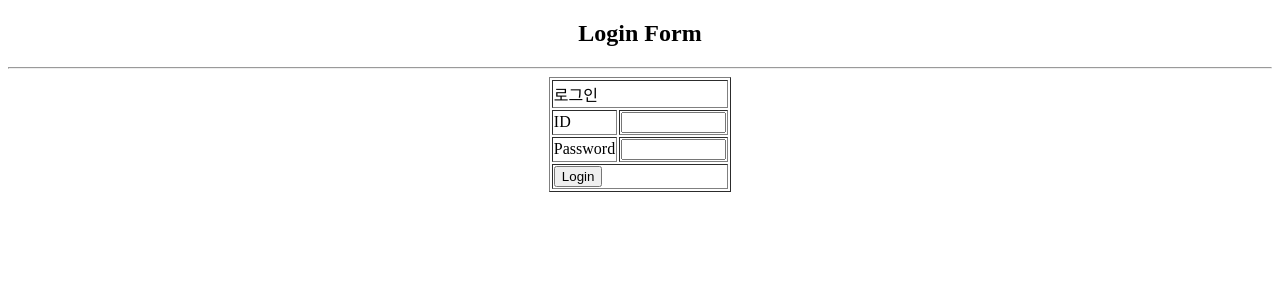
Repository: HyeonbinSa/JSPBook
Page: jspbook/WebContent/ch07/main.html
An editor plug-in stored every save of this project. The page is shown before and after the next save, followed by the edit.
The browser window is 1280 px wide. The pictures show the whole page.

Above is the page before, as saved 2020-01-03 08:04:40.

After the next save:
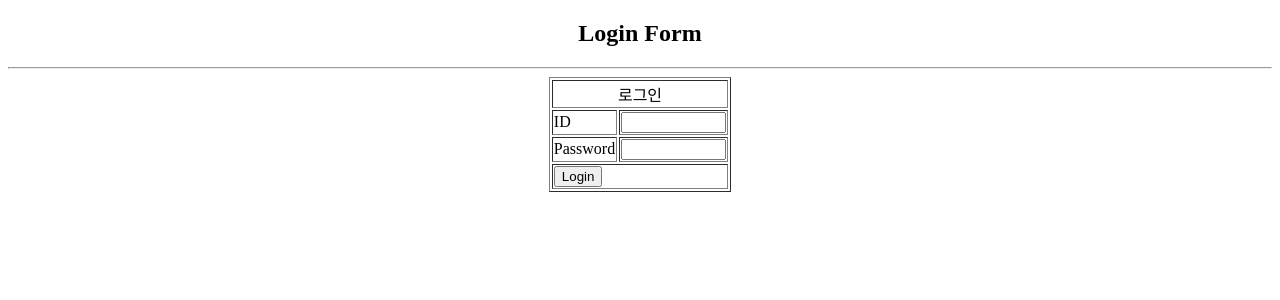
Saved 12 s later.
--- a/jspbook/WebContent/ch07/main.html
+++ b/jspbook/WebContent/ch07/main.html
@@ -20,7 +20,7 @@ padding : 5;
 <form method="post" action="login.jsp" name="form1">
 <table border="1">
 	<tr>
-		<td colspan="2">로그인</td>
+		<td colspan="2" align="center">로그인</td>
 	</tr>
 	<tr>
 		<td>ID</td>
